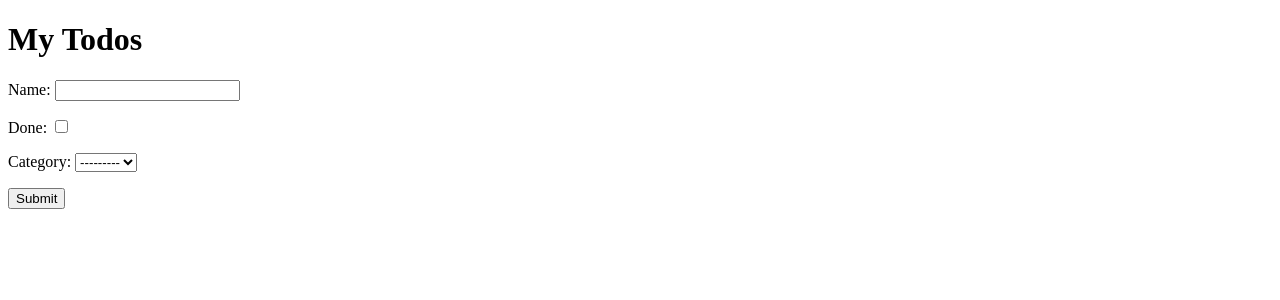
Repository: kunxin-chor/django-todo
Page: http://localhost/todo/create
The author's editor kept a record of every edit. The page is drawn from the files as they stood at one moment, then again after the next edit.
The browser window is 1280 px wide. The pictures show the whole page.
The page is served by the project's application, run on Django 2.2 (manage.py). Queries for data that is not in the repository find no rows.

Above is the page before.

After the next edit:
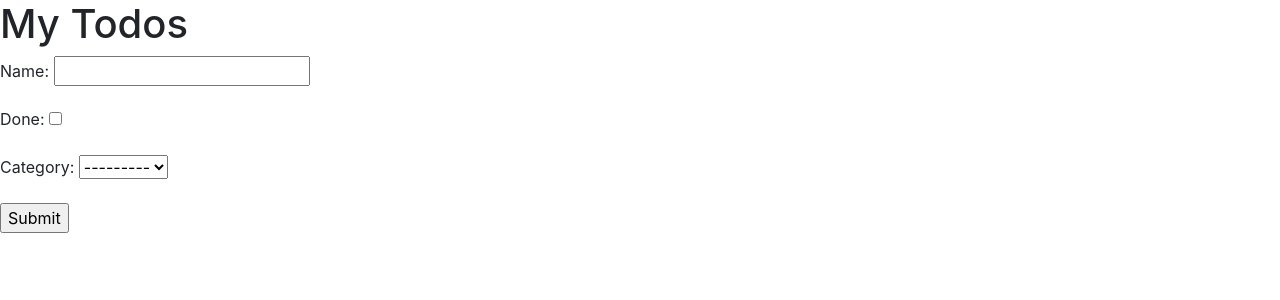
The edit:
--- a/todos/templates/item_form.html
+++ b/todos/templates/item_form.html
@@ -5,6 +5,8 @@
     <meta name="viewport" content="width=device-width, initial-scale=1.0">
     <meta http-equiv="X-UA-Compatible" content="ie=edge">
     <title>Document</title>
+    <link rel="stylesheet" href="https://stackpath.bootstrapcdn.com/bootstrap/4.1.3/css/bootstrap.min.css" integrity="sha384-MCw98/SFnGE8fJT3GXwEOngsV7Zt27NXFoaoApmYm81iuXoPkFOJwJ8ERdknLPMO" crossorigin="anonymous">
+
 </head>
 <body>
     <h1>My Todos</h1>
